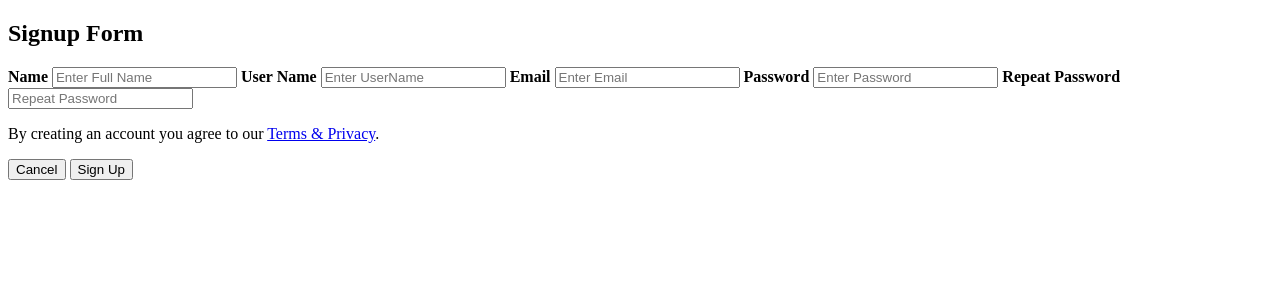
Repository: paragpatidar/LibraryManagementSystem
Page: http://localhost/LibraryManagementSystemSpring/WEB-INF/ui/SignUp.jsp
These files come from the project's save history. The page is drawn as it stood at one moment and after the next save; the edit follows.
The browser window is 1280 px wide. The pictures show the whole page.
The page is served by Tomcat 9. Nobody is signed in. The template is opened directly, without the code that normally fills it, so the values that code supplies are empty.

Above is the page before, as saved 2017-11-08 08:32:14.

After the next save:
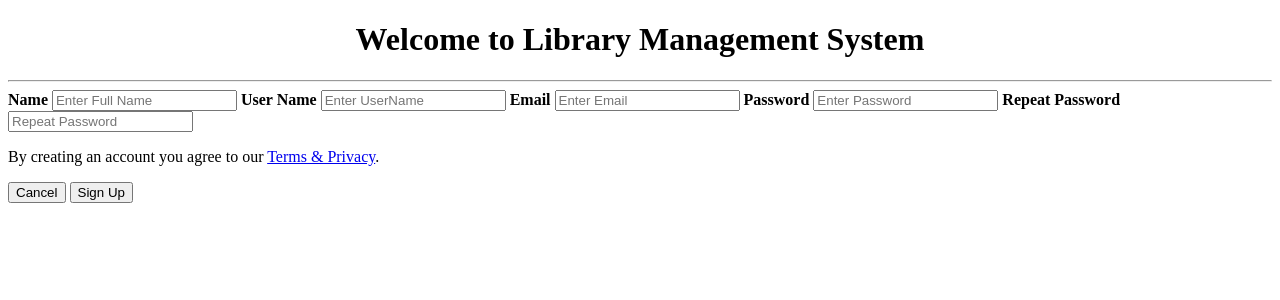
Saved 2 min 22 s later.
--- a/LibraryManagementSystemSpring/WebContent/WEB-INF/ui/SignUp.jsp
+++ b/LibraryManagementSystemSpring/WebContent/WEB-INF/ui/SignUp.jsp
@@ -9,7 +9,8 @@
 </style>
 </head>
 <body>
-<h2>Signup Form</h2>
+	<h1 align="center">Welcome to Library Management System</h1>
+	<hr>
 
 <form action="signUp.htm">
   <div class="container">
